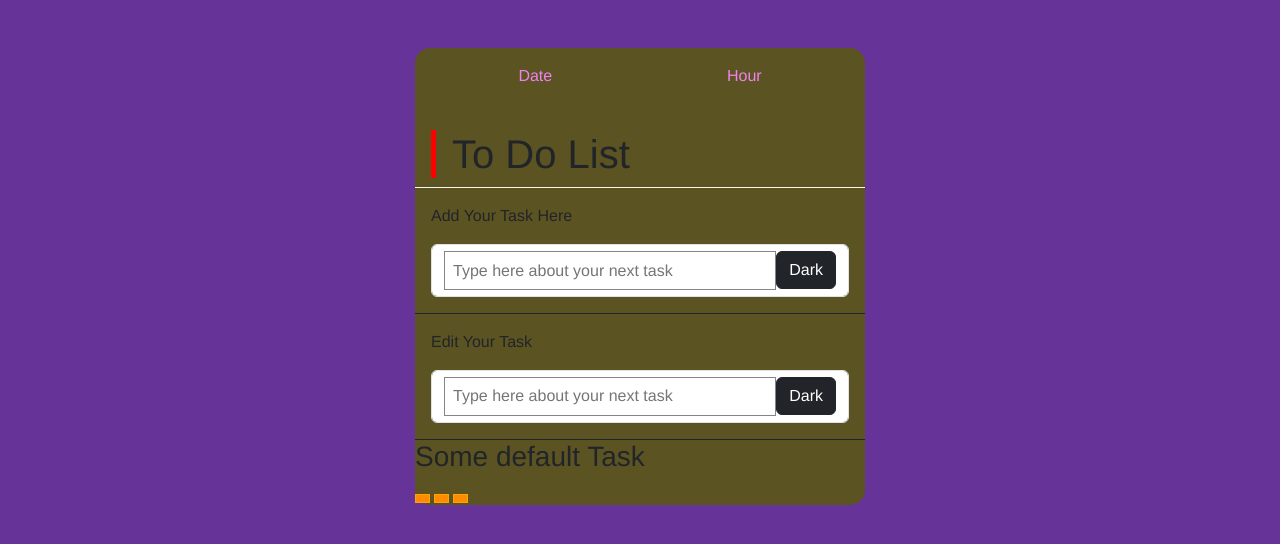
Repository: Passionblaz/TODO
Page: TODO/Untitled-1.html
An editor plug-in stored every save of this project. The page is shown before and after a run of saves, followed by the edit.
The browser window is 1280 px wide. The pictures show the whole page.

Above is the page before, as saved 2023-07-14 14:19:25.

### TODO/Untitled-1.html
<!DOCTYPE html>
<html lang="en">
<head>
  <meta charset="UTF-8">
  <meta name="viewport" content="width=device-width, initial-scale=1.0">
  <title>Document</title>
  <link href="https://cdn.jsdelivr.net/npm/bootstrap@5.3.0/dist/css/bootstrap.min.css" rel="stylesheet" integrity="sha384-9ndCyUaIbzAi2FUVXJi0CjmCapSmO7SnpJef0486qhLnuZ2cdeRhO02iuK6FUUVM" crossorigin="anonymous">
  <!-- Bootstrap Bundle JS (jsDelivr CDN) -->
  <script defer src="https://cdn.jsdelivr.net/npm/bootstrap@5.3.0/dist/js/bootstrap.bundle.min.js" integrity="sha384-geWF76RCwLtnZ8qwWowPQNguL3RmwHVBC9FhGdlKrxdiJJigb/j/68SIy3Te4Bkz" crossorigin="anonymous"></script>
  <link rel="stylesheet" href="todostyles.css">
</head>
<body>
<div class="todo-container">
  <div class="date-hour">
    <p class="date">Date</p>
    <p class="hour">Hour</p>
  </div>
<header>
  <h1>To Do List</h1>
</header>
<!-- Edit the task -->
<form action="" id="todo-form">
  <p>Add Your Task Here</p>
<div class="form-control">
<input type="text" id="todo-input" placeholder="Type here about your next task">
<div class="button">
  <button type="button" class="btn btn-dark">Dark</button>
 </div>
</div>

</form>

<form action="" id="edit-form">
  <p>Edit Your Task</p>
<div class="form-control">
<input type="text" id="edit-input" placeholder="Type here about your next task">
<div class="button2">
  <button type="button" class="btn btn-dark">Dark</button>
 </div>
</div>

</form>
<div class="todo-list">
<div class="todo">
  <h3>Some default Task</h3>
  <button class="finished-todo">
    <i class="fa-solid fa-check"></i>
  </button>
  <button class="edit-todo">
    <i class="fa-solid fa-pen"></i>
  </button>
  <button class="remove-todo">
    <i class="fa-solid fa-xmark"></i>
  </button>
</div>
</div>




    </body>
</html>

### TODO/todostyles.css
*{
  padding: 0;
  margin: 0;
  box-sizing: border-box;
}
body{
  font-family: 'Franklin Gothic Medium', 'Arial Narrow', Arial, sans-serif;
  background: rebeccapurple;

}
.form-control {
  display: flex;
}
.form-control input {
  flex: 1;
  outline: 0;
box-shadow: none;
border: 1px solid #858585;
}
.form-control button:hover {
  background-color: green;
}
.date-hour {
  display: flex;
  justify-content: space-around;
  align-items:center;
  padding: 1rem 1rem 1.5rem 1rem;
  font-size: 16px;
  color: violet;
}
button {
  background-color: darkorange;
  color: blue;
  border: 2px solid red;
  padding: 0.2rem 0.4rem;
  font-size: .8rem;
  cursor: pointer;
  justify-content: center;
  align-items: center;
  transition: .4s;
  border: 1px solid orange;
}
button:hover {
  background-color: orangered;
  color: white;
}
button > i {
  font-weight: bold;
  pointer-events: none;
}
input {
  padding: .4rem .5rem;
}
.hide {
  display: none;
}
.todo-container {
  background-color: #5c5323;
  border-radius: 15px;
  width: 450px;
  margin: 3rem auto;
  padding: 1.5.rem;
}
.todo-container header {
  padding: 0.1rem 1rem;
border-bottom: 1px solid whitesmoke;
}
header >h1 {
  padding-left: 16px;
  border-left: 5px solid red;
}

#todo-form, #edit-form {
  padding: 1rem;
  border-bottom: 1px solid;
}

After the next 2 saves:
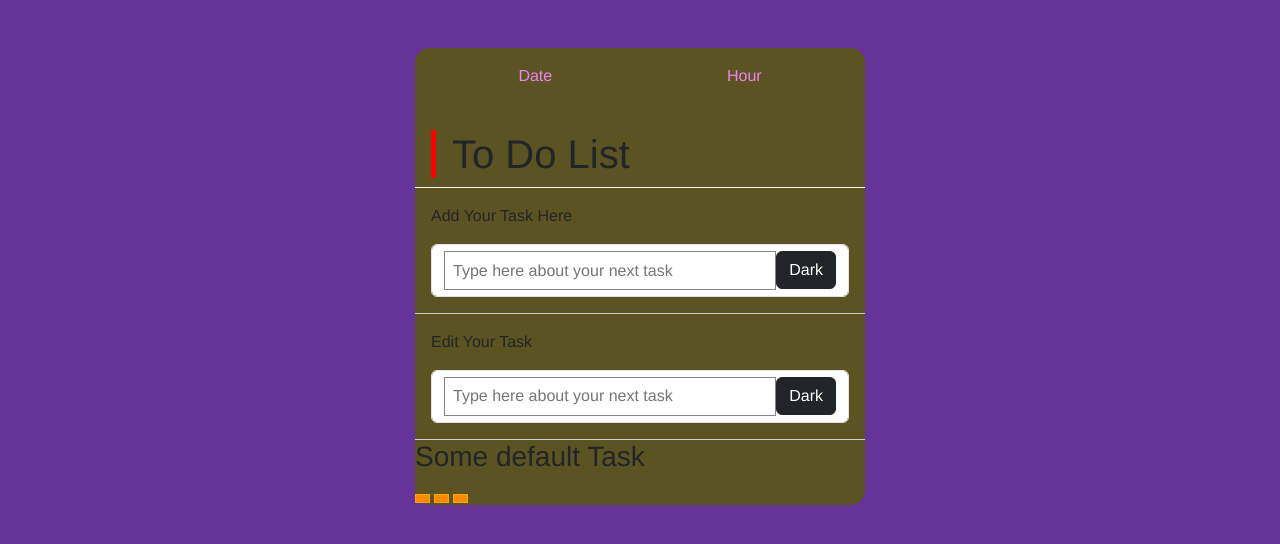
The 2 saves are shown as one change because they came seconds apart.
The last was saved 7 s later.
--- a/TODO/todostyles.css
+++ b/TODO/todostyles.css
@@ -72,5 +72,6 @@ header >h1 {
 
 #todo-form, #edit-form {
   padding: 1rem;
-  border-bottom: 1px solid;
+  border-bottom: 1px solid #ccc;
+
 }
